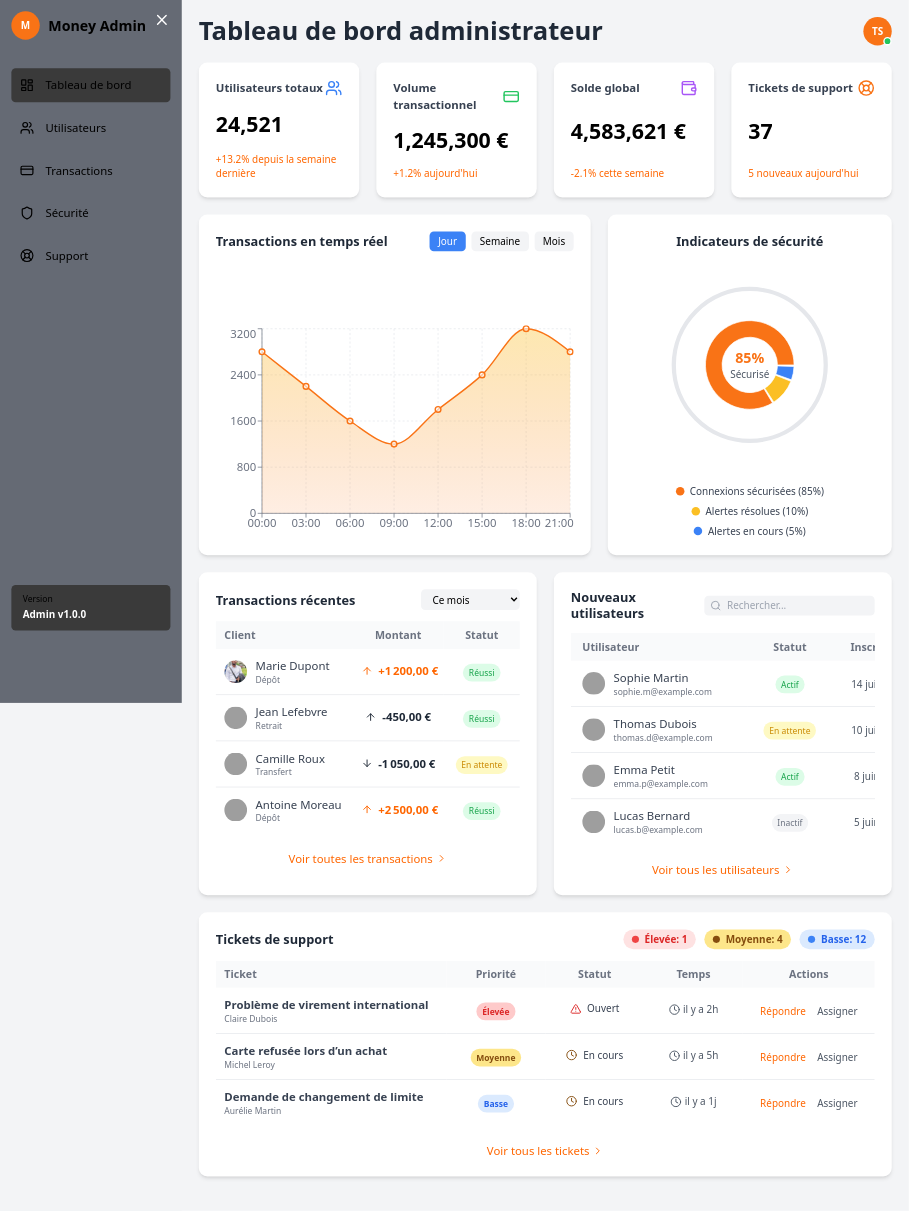
Repository: Edongo999/Dashboard
Page: /
These files come from the project's save history. The page is drawn as it stood at one moment and after the next save; the edit follows.
The browser window is 1280 px wide. The page is 1280 px wide, then 1296 px, so the pictures cover 1296 px, including what lies to the right of the window. The pictures show the whole page, at 71% of full size.
Pictures or frames that could not be fetched are drawn as grey boxes. The project was rebuilt for these pictures with package versions that can differ from the ones it lists, and the page was loaded fresh each time. Also part of the build but not shown: vite.config.ts.

Above is the page before, as saved 2025-10-15 07:03:54.

After the next save:
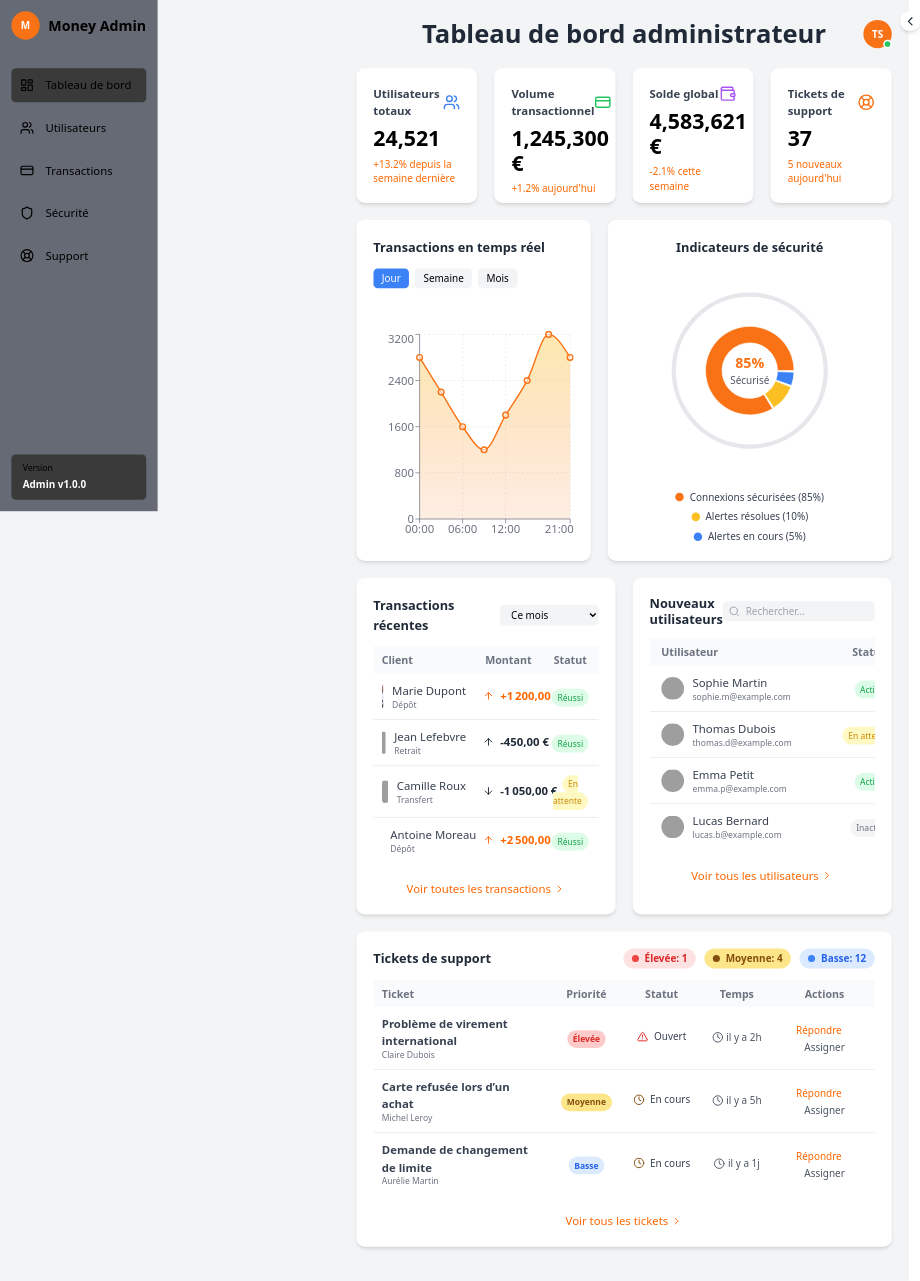
Saved 8 min 51 s later.
--- a/src/App.tsx
+++ b/src/App.tsx
@@ -1,3 +1,4 @@
+import { useState } from "react"
 import Sidebar from "./components/Sidebar"
 import StatBlock from "./components/StatBlock"
 import UserAvatar from "./components/UserAvatar"
@@ -9,6 +10,8 @@ import SupportTickets from "./components/SupportTickets"
 import { Users, CreditCard, Wallet, LifeBuoy } from "lucide-react"
 
 const App = () => {
+  const [collapsed, setCollapsed] = useState(false)
+
   const kpis = [
     {
       title: "Utilisateurs totaux",
@@ -41,27 +44,25 @@ const App = () => {
   ]
 
   return (
-    <div className="flex min-h-screen bg-[#F3F4F6]">
+    <div className="flex min-h-screen bg-[#F3F4F6] transition-all duration-300">
 
-      {/* ✅ Sidebar desktop avec fond gris dessous */}
-      <div className="hidden lg:flex flex-col w-64 bg-[#F3F4F6]">
-        <Sidebar />
-        <div className="flex-1 bg-[#F3F4F6]" />
-      </div>
+      {/* ✅ Sidebar desktop + mobile */}
+      <Sidebar collapsed={collapsed} setCollapsed={setCollapsed} />
 
-      {/* ✅ Sidebar mobile visible uniquement en petit écran */}
-      <div className="lg:hidden">
-        <Sidebar />
-      </div>
-
-      {/* ✅ Contenu principal */}
-      <main className="flex-1 overflow-auto p-6">
-        {/* ✅ Titre + avatar */}
-        <div className="flex items-center justify-between mb-6">
-          <h1 className="text-4xl font-bold text-gray-800">
+      {/* ✅ Contenu principal qui s’adapte au sidebar */}
+      <main
+        className={`transition-all duration-300 ${
+          collapsed ? "ml-0 w-full" : "ml-64"
+        } p-6`}
+      >
+        {/* ✅ Titre centré + avatar */}
+        <div className="relative mb-6 h-12 flex items-center justify-center">
+          <h1 className="text-2xl sm:text-3xl md:text-4xl font-bold text-gray-800 text-center z-10">
             Tableau de bord administrateur
           </h1>
-          <UserAvatar />
+          <div className="absolute right-0 top-1/2 -translate-y-1/2">
+            <UserAvatar />
+          </div>
         </div>
 
         {/* ✅ Cartes KPI */}
--- a/src/components/Sidebar.tsx
+++ b/src/components/Sidebar.tsx
@@ -1,4 +1,3 @@
-
 import {
   LayoutDashboard,
   Users,
@@ -6,13 +5,19 @@ import {
   Shield,
   LifeBuoy,
   Menu,
-  X
+  ChevronLeft,
+  ChevronRight
 } from "lucide-react"
 import { useState } from "react"
 
-const Sidebar = () => {
+// ✅ Déclaration des props attendues
+type SidebarProps = {
+  collapsed: boolean
+  setCollapsed: (value: boolean) => void
+}
+
+const Sidebar: React.FC<SidebarProps> = ({ collapsed, setCollapsed }) => {
   const [mobileOpen, setMobileOpen] = useState(false)
-  const [desktopOpen, setDesktopOpen] = useState(true)
   const [active, setActive] = useState("Tableau de bord")
 
   const menuItems = [
@@ -25,7 +30,6 @@ const Sidebar = () => {
 
   const renderMenu = () => (
     <>
-      {/* ✅ Logo + titre */}
       <div className="flex items-center gap-3 mb-10">
         <div className="bg-orange-500 text-white rounded-full w-10 h-10 flex items-center justify-center font-bold text-sm shrink-0">
           M
@@ -33,7 +37,6 @@ const Sidebar = () => {
         <span className="text-xl font-semibold whitespace-nowrap">Money Admin</span>
       </div>
 
-      {/* ✅ Menu principal */}
       <ul className="space-y-3">
         {menuItems.map((item) => (
           <li key={item.label}>
@@ -89,38 +92,32 @@ const Sidebar = () => {
         </div>
       </aside>
 
-      {/* ✅ Bouton pour rouvrir le sidebar desktop */}
-      {!desktopOpen && (
+      {/* ✅ Sidebar desktop rétractable */}
+      <aside
+        className={`hidden lg:flex flex-col h-screen bg-[#656A74] text-neutral-content p-4 transition-all duration-300 ${
+          collapsed ? "w-0 overflow-hidden" : "w-64"
+        }`}
+      >
+        {/* ✅ Bouton flottant pour replier/déplier */}
         <button
-          className="hidden lg:block fixed top-4 left-4 z-50 bg-white p-2 rounded-md shadow-md"
-          onClick={() => setDesktopOpen(true)}
+          onClick={() => setCollapsed(!collapsed)}
+          className="absolute top-4 -right-4 bg-white text-gray-800 rounded-full p-1 shadow-md z-50"
         >
-          <Menu className="text-gray-800" />
+          {collapsed ? <ChevronRight size={20} /> : <ChevronLeft size={20} />}
         </button>
-      )}
 
-      {/* ✅ Sidebar desktop avec bouton de fermeture */}
-      {desktopOpen && (
-        <aside className="hidden lg:flex flex-col w-64 h-[990px] bg-[#656A74] text-neutral-content p-4 relative">
-          {/* ✅ Bouton fermeture */}
-          <button
-            className="absolute top-4 right-4 text-white"
-            onClick={() => setDesktopOpen(false)}
-          >
-            <X />
-          </button>
-
-          <div>{renderMenu()}</div>
-
-          {/* ✅ Bloc version en bas */}
-          <div className="mt-[440px]">
-            <div className="bg-[#3A3A3A] rounded-md px-4 py-3 text-xs text-neutral-content/70">
-              <p className="mb-1">Version</p>
-              <span className="font-semibold text-sm text-white">Admin v1.0.0</span>
+        {!collapsed && (
+          <>
+            <div>{renderMenu()}</div>
+            <div className="mt-auto">
+              <div className="bg-[#3A3A3A] rounded-md px-4 py-3 text-xs text-neutral-content/70">
+                <p className="mb-1">Version</p>
+                <span className="font-semibold text-sm text-white">Admin v1.0.0</span>
+              </div>
             </div>
-          </div>
-        </aside>
-      )}
+          </>
+        )}
+      </aside>
     </>
   )
 }
